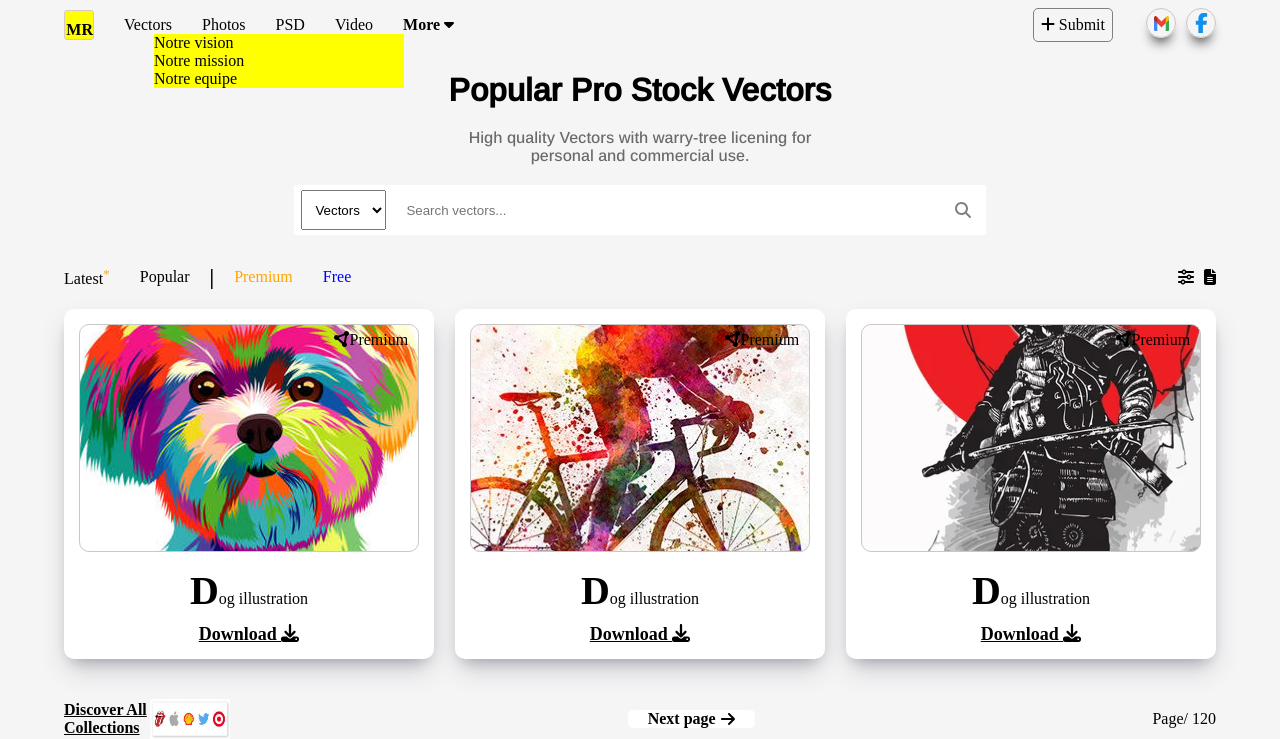
Repository: kegbaDev/VectorTemplate
Page: /
These files come from the project's save history. The page is drawn as it stood at one moment and after a run of saves; the edit follows.
The browser window is 1280 px wide. The pictures show the whole page.
The project was rebuilt for these pictures with package versions that can differ from the ones it lists, and the page was loaded fresh each time. Also part of the build but not shown: vite.config.js.

Above is the page before, as saved 2023-04-14 01:50:30.

After the next 2 saves:
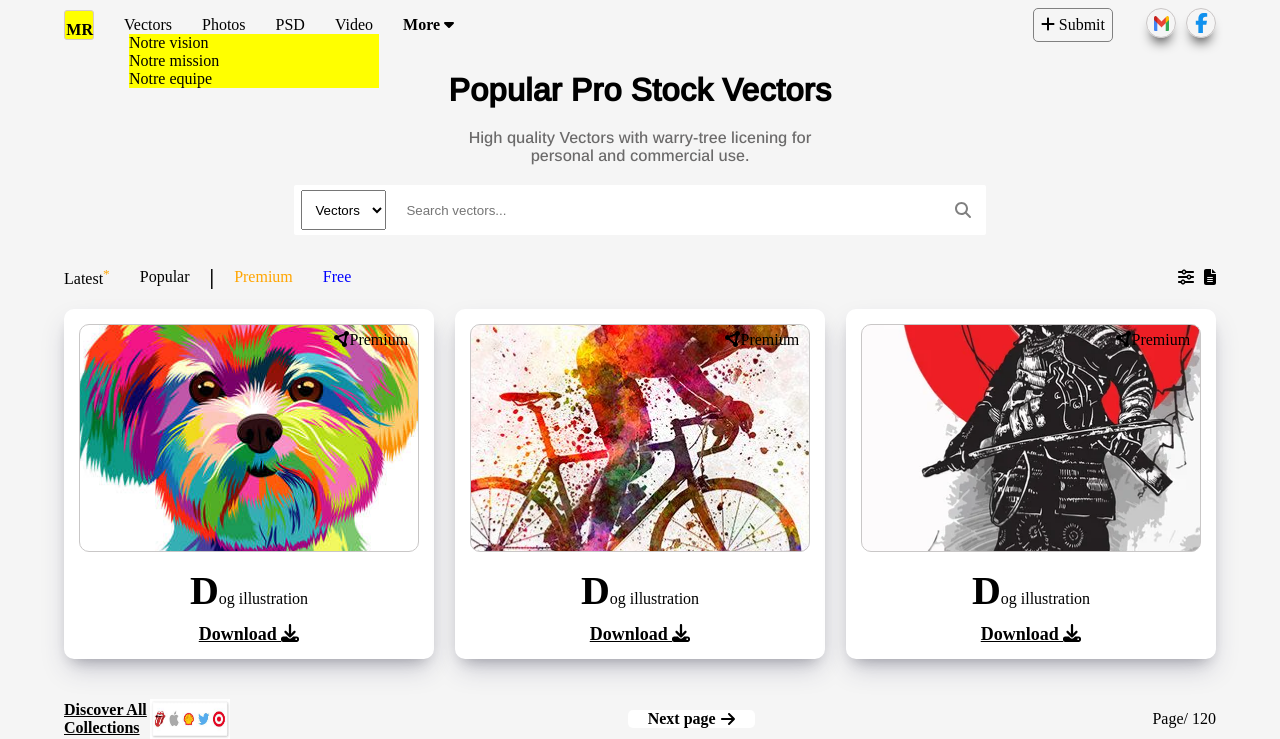
The 2 saves are shown as one change because they came seconds apart.
The last was saved 9 s later.
--- a/src/App.vue
+++ b/src/App.vue
@@ -243,7 +243,7 @@ ul li{
   display: block;
   background-color: yellow;
   width: 250px;
-  margin-top: px;
+  margin-left: 5px;
 }
 
               /* Menu deroulant */
